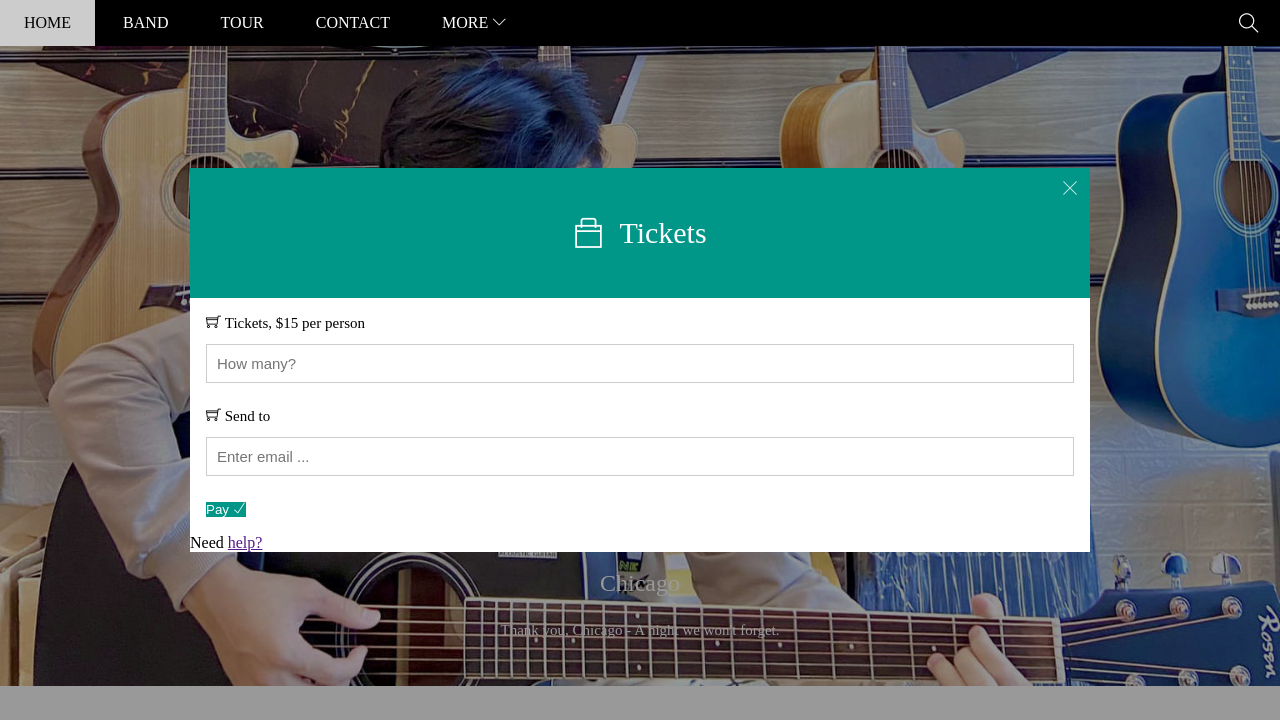
Repository: quochung2k3/Web-Team
Page: index.html
These files come from the project's save history. The page is drawn as it stood at one moment and after the next save; the edit follows.
The browser window is 1280 px wide. The pictures show the window.
A layer covers the whole window, so only the first screen is drawn.

Above is the page before, as saved 2023-08-14 19:52:31.

After the next save:
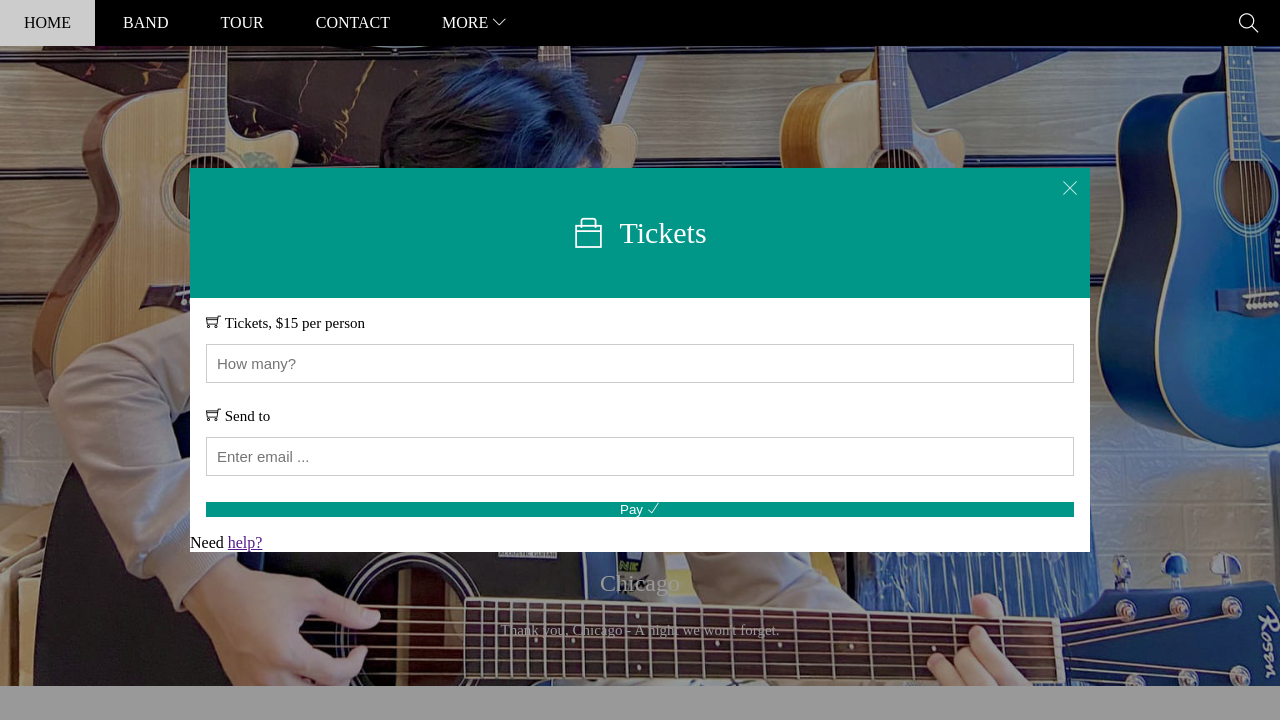
Saved 6 s later.
--- a/assets/css/style.css
+++ b/assets/css/style.css
@@ -356,4 +356,5 @@
     background-color: #009688;
     border: none;
     color: #fff;
-}
+    width: 100%;
+}
